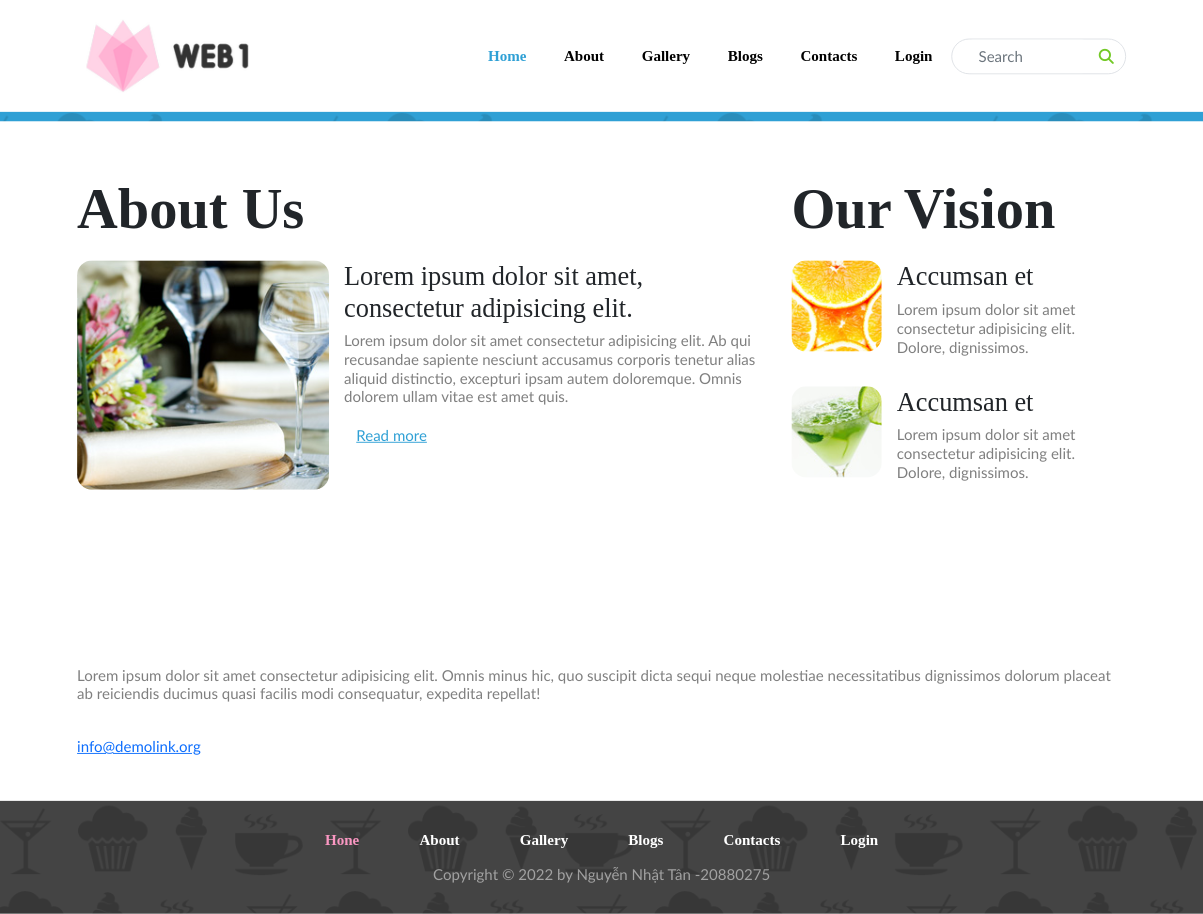
Repository: carembanhkem/web1-20880275
Page: about.html
These files come from the project's save history. The page is drawn as it stood at one moment and after the next save; the edit follows.
The browser window is 1280 px wide. The pictures show the whole page, at 94% of full size.
Some web fonts or font styles are not loaded; a fallback is used. Some web libraries are served in a nearby version.

Above is the page before, as saved 2023-02-06 11:32:50.
Console error: ReferenceError: bootstrap is not defined

### about.html
<!doctype html>
<html lang="en">

<head>
    <title>20880275 - Web1 Project</title>
    <!-- Required meta tags -->
    <meta charset="utf-8">
    <meta name="viewport" content="width=device-width, initial-scale=1, shrink-to-fit=no">
    <!-- Favicon-->
    <link rel="shortcut icon" href="images/favicon.ico" type="image/x-icon">
    <!-- FontAweSome-->
    <script src="https://kit.fontawesome.com/ee054dad92.js" crossorigin="anonymous"></script>
    <!-- Google Fonts -->
    <link rel="preconnect" href="https://fonts.googleapis.com">
    <link rel="preconnect" href="https://fonts.gstatic.com" crossorigin>
    <link href="https://fonts.googleapis.com/css2?family=Changa+One&display=swap" rel="stylesheet">
    <!-- Bootstrap CSS v5.2.1 -->
    <link href="https://cdn.jsdelivr.net/npm/bootstrap@5.2.1/dist/css/bootstrap.min.css" rel="stylesheet"
        integrity="sha384-iYQeCzEYFbKjA/T2uDLTpkwGzCiq6soy8tYaI1GyVh/UjpbCx/TYkiZhlZB6+fzT" crossorigin="anonymous">
    <link rel="stylesheet" href="css/20880275.css">
</head>

<body>
    <header class="container">
        <nav class="navbar navbar-expand-sm navbar-light">
            <a class="navbar-brand" href="#">
                <img src="images/logo.png" alt="Web1 Logo">
            </a>
            <button class="navbar-toggler d-lg-none" type="button" data-bs-toggle="collapse" data-bs-target="#menu-header" aria-controls="menu-header"
                aria-expanded="false" aria-label="Toggle navigation"></button>
            <div class="collapse navbar-collapse" id="menu-header">
                <ul class="navbar-nav ms-auto mt-2 mt-lg-0">
                    <li class="nav-item">
                        <a class="nav-link active" href="index.html" aria-current="page">Home <span class="visually-hidden">(current)</span></a>
                    </li>
                    <li class="nav-item">
                        <a class="nav-link" href="about.html">About</a>
                    </li>
                    <li class="nav-item">
                        <a class="nav-link" href="gallery.html">Gallery</a>
                    </li>
                    <li class="nav-item">
                        <a class="nav-link" href="blogs.html">Blogs</a>
                    </li>
                    <li class="nav-item">
                        <a class="nav-link" href="contact.html">Contacts</a>
                    </li>
                    <li class="nav-item">
                        <a class="nav-link" href="#" data-bs-toggle="modal" data-bs-target="#modalLogin">Login</a>
                    </li>
                </ul>
                <form class="d-flex my-2 my-lg-0 border rounded-pill" id="formSearch">
                    <input class="form-control border-0 ms-3" type="text" placeholder="Search">
                    <button class="btn my-2 my-sm-0 border-0" type="submit"><i class="fa-solid fa-magnifying-glass"></i></button>
                </form>
            </div>
        </nav>
    </header>

    <section id="banner-small">

    </section>

    <section class="container py-5">
        <div class="row">
            <div class="col-md-8">
                <h1 class="py-3">About Us</h1>
                <div>
                    <img src="images/about-1.jpg" alt="About us" class="float-start rounded-4 me-3">
                    <h3>Lorem ipsum dolor sit amet, consectetur adipisicing elit.</h3>
                    <p class="text-black-50">Lorem ipsum dolor sit amet consectetur adipisicing elit. Ab qui recusandae sapiente nesciunt accusamus corporis tenetur alias aliquid distinctio, excepturi ipsam autem doloremque. Omnis dolorem ullam vitae est amet quis.</p>
                    <a href="#" class="btn btn-link readmore">Read more</a>
                </div>
            </div>
            <div class="col-md-4 col-sm-12">
                <h1 class="py-3">Our Vision</h1>
                <div class="clearfix mb-3">
                    <img src="images/vision/vision-1.jpg" alt="vision1" class="float-start me-3 rounded-4">
                    <h3>Accumsan et</h3>
                    <p class="text-black-50">Lorem ipsum dolor sit amet consectetur adipisicing elit. Dolore, dignissimos.</p>
                </div>
                <div class="clearfix mb-3">
                    <img src="images/vision/vision-2.jpg" alt="vision1" class="float-start me-3 rounded-4">
                    <h3>Accumsan et</h3>
                    <p class="text-black-50">Lorem ipsum dolor sit amet consectetur adipisicing elit. Dolore, dignissimos.</p>
                </div>
            </div>
        </div>
    </section>
    <!-- Testimonials-->
    <section class="container-fluid py-5" id="testimonials">
        <div class="container">
            <h1 class="text-white">Testimonials</h1>
            <div class="row">
                <div class="col">
                    <p class="text-black-50">Lorem ipsum dolor sit amet consectetur adipisicing elit. Omnis minus hic, quo suscipit dicta sequi neque molestiae necessitatibus dignissimos dolorum placeat ab reiciendis ducimus quasi facilis modi consequatur, expedita repellat!</p>
                    <span class="text-white"></span><br>
                    <a href="#">info@demolink.org</a>
                </div>
            </div>
        </div>
    </section>

    <!-- Footer -->
    <footer class="text-center container-fluid text-white py-3">
        <ul class="nav justify-content-center py-3" id="menu-footer">
            <li class="nav-item">
                <a class="nav-link active" href="#" aria-current="page">Hone</a>
            </li>
            <li class="nav-item">
                <a class="nav-link" href="about.html">About</a>
            </li>
            <li class="nav-item">
                <a class="nav-link" href="gallery.html">Gallery</a>
            </li>
            <li class="nav-item">
                <a class="nav-link" href="blogs.html">Blogs</a>
            </li>
            <li class="nav-item">
                <a class="nav-link" href="contact.html">Contacts</a>
            </li>
            <li class="nav-item">
                <a class="nav-link" href="#" data-bs-toggle="modal" data-bs-target="#modalLogin">Login</a>
            </li>
        </ul>
        <p class="text-white-50">Copyright &copy; 2022 by  Nguyễn Nhật Tân -20880275</p>
    </footer>

    <!-- Modal Body -->
    <!-- if you want to close by clicking outside the modal, delete the last endpoint:data-bs-backdrop and data-bs-keyboard -->
    <div class="modal fade" id="modalLogin" tabindex="-1" data-bs-backdrop="static" data-bs-keyboard="false" role="dialog" aria-labelledby="modalTitleId" aria-hidden="true">
        <div class="modal-dialog modal-dialog-scrollable modal-dialog-centered modal-sm" role="document">
            <div class="modal-content">
                <div class="modal-header">
                    <button type="button" class="btn-close" data-bs-dismiss="modal" aria-label="Close"></button>
                </div>
                <div class="modal-body">
                    <form action="#" method="post" id="formLogin">
                        <h3 class="text-center">Login Form</h3>
                        <div class="mb-3">
                            <input type="text" name="username" id="username" placeholder="Username" class="form-control">
                        </div>
                        <div class="mb-3">
                            <input type="password" name="password" id="password" placeholder="Password" class="form-control">
                        </div>
                        <button type="submit" class="form-control btn">Login</button>
                    </form>
                </div>
                <div class="modal-footer">

                </div>
            </div>
        </div>
    </div>


    <!-- Optional: Place to the bottom of scripts -->
    <script>
        const myModal = new bootstrap.Modal(document.getElementById('modalLogin'), options)

    </script>

    <!-- Boostrap JavaScript Libraries -->
    <script src="https://cdn.jsdelivr.net/npm/@popperjs/core@2.11.6/dist/umd/popper.min.js"
        integrity="sha384-oBqDVmMz9ATKxIep9tiCxS/Z9fNfEXiDAYTujMAeBAsjFuCZSmKbSSUnQlmh/jp3" crossorigin="anonymous">
    </script>

    <script src="https://cdn.jsdelivr.net/npm/bootstrap@5.2.1/dist/js/bootstrap.min.js"
        integrity="sha384-7VPbUDkoPSGFnVtYi0QogXtr74QeVeeIs99Qfg5YCF+TidwNdjvaKZX19NZ/e6oz" crossorigin="anonymous">
    </script>
</body>

</html>

### css/20880275.css
:root {
    --web1-pink: #FA97C2;
    --web1-blue: #2FA0D5;
    --web1-green: #73C926;
}

body {
    font-family: 'Trebuchet MS', Arial, Helvetica, sans-serif;
    font-size: 16px;
    line-height: 20px;
}

h1, h2, h3, h4 {
    font-family: 'Changa One', cursive;
    font-weight: 400;
}

h1 {
    font-size: 60px;
    line-height: 60px;
    font-weight: 900;
}

/* Header */
#menu-header a {
    display: block;
    padding: 0 1.25rem;
    font-weight: bold;
    color: black;
    font-family: 'Changa One', cursive;
}
#menu-header a.active {
    color: var(--web1-blue);
}

#formSearch input {
    width: 8rem;
}

#formSearch i {
    color: var(--web1-green);
}

/* Banner */
#banner {
    background-image: url('../images/bg-banner.gif');
}

#banner > div {
    background: url('../images/logo_bg.png') left top no-repeat, url('../images/search_bg.png') right top no-repeat;
    padding: 5rem 0  3rem 0;
}

#banner a {
    background-color: var(--web1-pink);
    font-family: 'Changa One', cursive;
    font-size: 2rem;
}

#banner .carousel-item {
    min-height: 15rem; /*Do chieu cao khong co dinh nen minheight bang cai lon nhat de ko bi xe dich*/
}

#banner .carousel-indicators li {
    width: 1.2rem;
    height: 1.2rem;
    border-radius: 1.2rem; /* de no thanh hinh tron*/
    border: none; /* de no thanh hinh tron vi width = height = border radius*/
    margin: 0 0.25rem;
    position: relative;
}

#banner .carousel-indicators li span {
    position: absolute;
    top: 0.3rem;
    left: 0.3rem;
    width: 0.6rem;
    height: 0.6rem;
    border-radius: 0.6rem;
    border: none;
    text-align:left;
    text-indent: -9999px;
}

#banner .carousel-indicators li.active span{
    background-color: var(--web1-green);
}

/* banner small */
#banner-small {
    background-image: url(../images/bg-banner.gif);
    padding: 5px;
}

/* products */
.readmore {
    color: var(--web1-blue);
    margin-top: -4px;
}

.web1-text-blue {
    color: var(--web1-blue);
}

/* about us */
#aboutus {
    background-color: var(--web1-pink);
}

#formSignUp {
    border-style: dashed !important;
    border-color: rgba(0,0,0,0.5) !important;
}

/* news */
#news .date {
    background-color: var(--web1-green);
    width: 6rem;
    padding: 1.5rem;
}

/* Footer*/
footer {
    background-image: url('../images/bg-footer.gif');
}

#menu-footer a {
    color: white;
    font-weight: bold;
    font-family: 'Changa One', cursive;
    display: block;
    padding: 0 2rem;
}

#menu-footer a.active {
    color: var(--web1-pink);
}

/* Modal Login*/
#formLogin button[type="submit"]{
    background-color: var(--web1-blue);
    color: white;
}

After the next save:
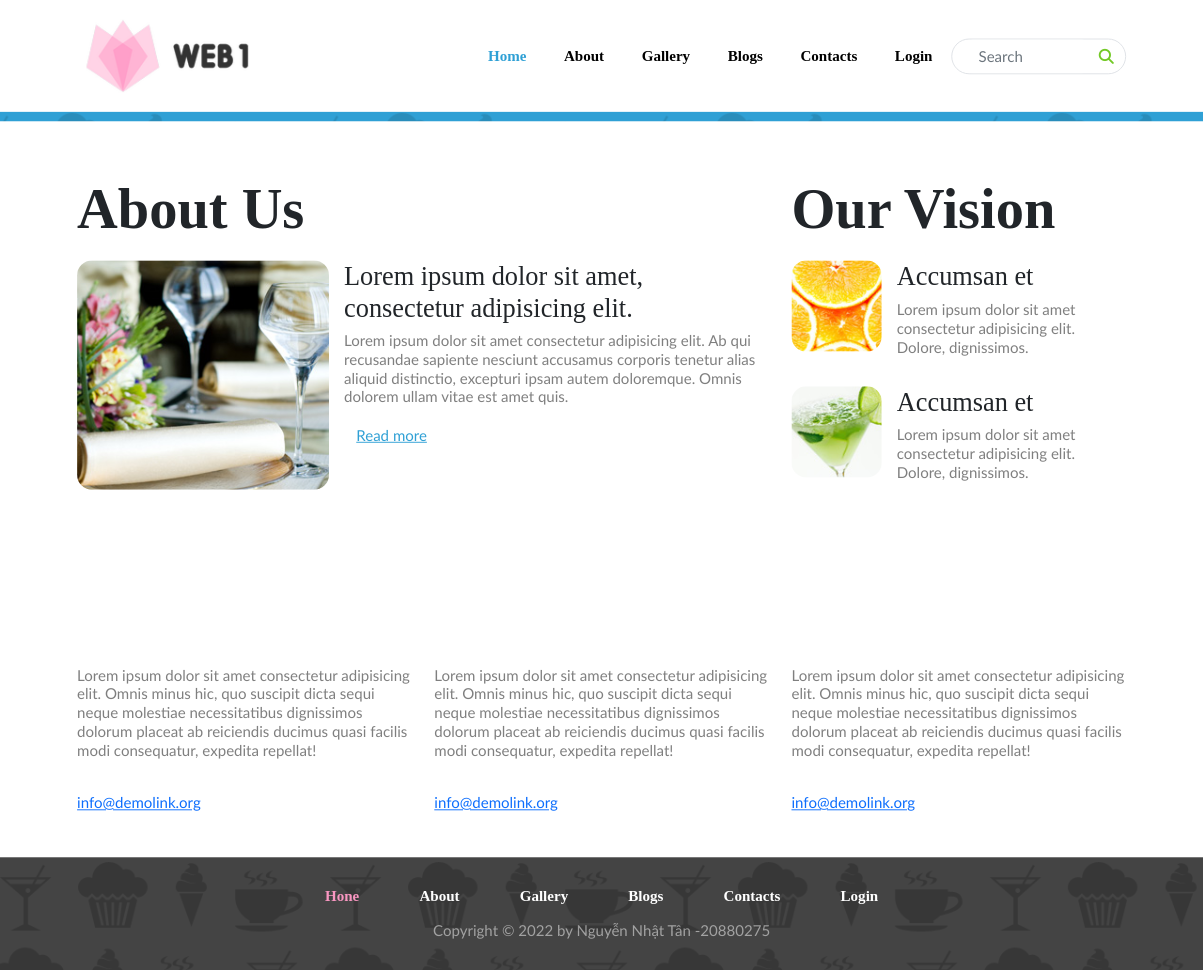
Saved 15 s later.
--- a/about.html
+++ b/about.html
@@ -97,6 +97,16 @@
                     <span class="text-white"></span><br>
                     <a href="#">info@demolink.org</a>
                 </div>
+                <div class="col">
+                    <p class="text-black-50">Lorem ipsum dolor sit amet consectetur adipisicing elit. Omnis minus hic, quo suscipit dicta sequi neque molestiae necessitatibus dignissimos dolorum placeat ab reiciendis ducimus quasi facilis modi consequatur, expedita repellat!</p>
+                    <span class="text-white"></span><br>
+                    <a href="#">info@demolink.org</a>
+                </div>
+                <div class="col">
+                    <p class="text-black-50">Lorem ipsum dolor sit amet consectetur adipisicing elit. Omnis minus hic, quo suscipit dicta sequi neque molestiae necessitatibus dignissimos dolorum placeat ab reiciendis ducimus quasi facilis modi consequatur, expedita repellat!</p>
+                    <span class="text-white"></span><br>
+                    <a href="#">info@demolink.org</a>
+                </div>
             </div>
         </div>
     </section>
